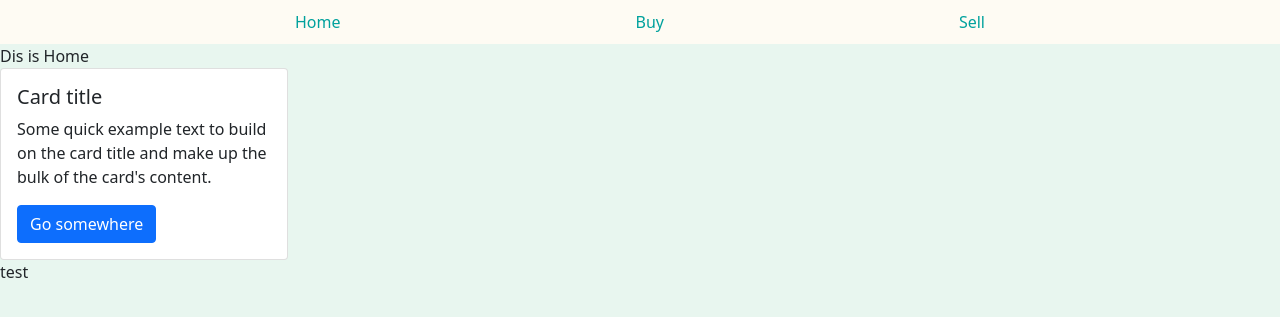
Repository: RiteshK555/itw-project
Page: http://localhost/
An editor plug-in stored every save of this project. The page is shown before and after the next save, followed by the edit.
The browser window is 1280 px wide. The pictures show the whole page.
The page is served by the project's application, run on Django 3.2 (student_olx/manage.py).

Above is the page before, as saved 2021-09-17 14:53:19.

After the next save:
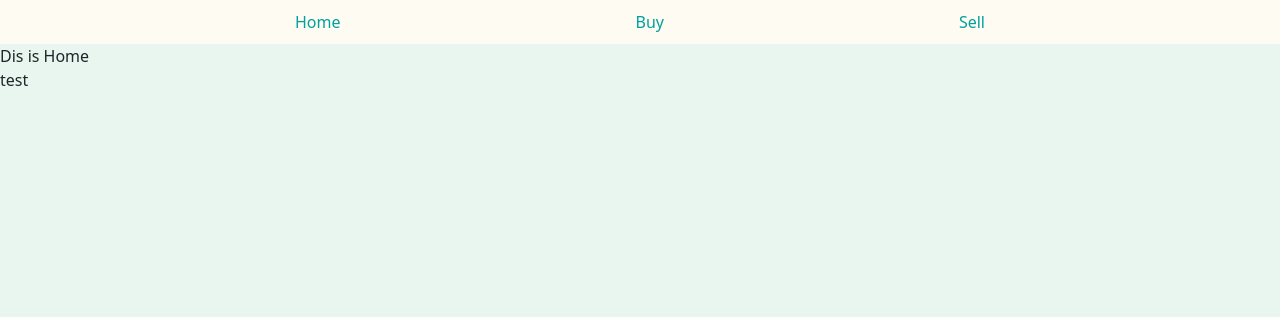
Saved 22 min 14 s later.
--- a/student_olx/main/templates/main/base.html
+++ b/student_olx/main/templates/main/base.html
@@ -22,14 +22,7 @@
     <body>
     <div id="content">
     {%block content %}Dis is Base{% endblock %}
-<div class="card" style="width: 18rem;">
-  {% comment %} <img src="..." class="card-img-top" alt="..."> {% endcomment %}
-  <div class="card-body">
-    <h5 class="card-title">Card title</h5>
-    <p class="card-text">Some quick example text to build on the card title and make up the bulk of the card's content.</p>
-    <a href="#" class="btn btn-primary">Go somewhere</a>
-  </div>
-</div>
+
     </div>
     {{name}}
         <!--[if lt IE 7]>
